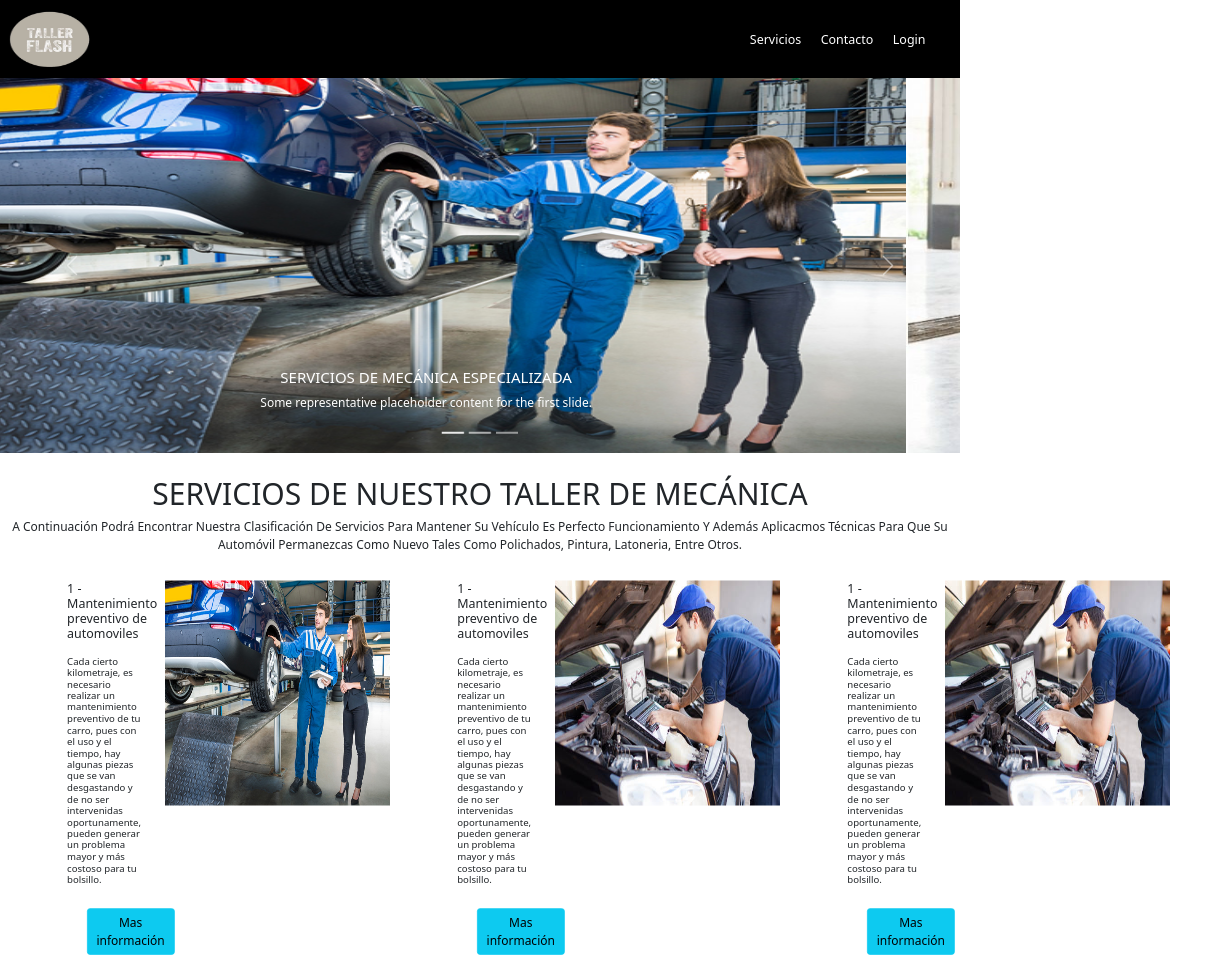
Repository: nder1996/Boostrap.Taller.Arquitectura
Page: Index.html
The author's editor kept a copy of each file at every save. The page is drawn from the files as they stood at one save, then again after a run of saves.
The browser window is 1280 px wide. The page is 1560 px wide, then 1631 px, so the pictures cover 1631 px, including what lies to the right of the window. The pictures show the whole page, at 75% of full size.

Above is the page before, as saved 2021-07-23 06:54:38.

### Index.html
<!DOCTYPE html>
<html lang="en">

<head>
	<meta charset="UTF-8">
	<meta name="viewport" content="width=device-width, initial-scale=1.0">
	<link rel="shortcut icon" href="img/Logo.png">
	<link href="https://cdn.jsdelivr.net/npm/bootstrap@5.0.2/dist/css/bootstrap.min.css" rel="stylesheet"
		integrity="sha384-EVSTQN3/azprG1Anm3QDgpJLIm9Nao0Yz1ztcQTwFspd3yD65VohhpuuCOmLASjC" crossorigin="anonymous">
	<link rel="stylesheet" href="https://cdnjs.cloudflare.com/ajax/libs/font-awesome/5.15.3/css/all.min.css"
		integrity="sha512-iBBXm8fW90+nuLcSKlbmrPcLa0OT92xO1BIsZ+ywDWZCvqsWgccV3gFoRBv0z+8dLJgyAHIhR35VZc2oM/gI1w=="
		crossorigin="anonymous" referrerpolicy="no-referrer" />
	<link rel="stylesheet" href="css/style.css">
	<title>Taller Automotriz</title>
</head>

<body>

	<nav class="navbar navbar-expand-lg navbar-light">
		<div class="container-fluid">
			<a class="navbar-brand" href="#"><img src="img/Logo.png" alt="" style='width: 110px; height: 78px;'></a>
			<button class="navbar-toggler" type="button" data-bs-toggle="collapse" data-bs-target="#navbarNav"
				aria-controls="navbarNav" aria-expanded="false" aria-label="Toggle navigation">
				<span class="navbar-toggler-icon"></span>
			</button>
			<div class="collapse navbar-collapse" id="navbarNav">
				<ul class="navbar-nav ms-auto">
					<li class="nav-item">
						<a class="nav-link active" aria-current="page" href="#">Servicios</a>
					</li>
					<li class="nav-item">
						<a class="nav-link" href="#">Contacto</a>
					</li>
					<li class="nav-item">
						<a class="nav-link" href="#">Login</a>
					</li>
				</ul>
			</div>
		</div>
	</nav>
	<div id="carouselExampleCaptions" class="carousel slide" data-bs-ride="carousel">
		<div class="carousel-indicators">
			<button type="button" data-bs-target="#carouselExampleCaptions" data-bs-slide-to="0" class="active"
				aria-current="true" aria-label="Slide 1"></button>
			<button type="button" data-bs-target="#carouselExampleCaptions" data-bs-slide-to="1"
				aria-label="Slide 2"></button>
			<button type="button" data-bs-target="#carouselExampleCaptions" data-bs-slide-to="2"
				aria-label="Slide 3"></button>
		</div>
		<div class="carousel-inner">
			<div class="carousel-item active">
				<img src="img/Mantenimiento_1.jpg" class="d-block w-100" alt="...">
				<div class="carousel-caption d-none d-md-block">
					<h5>SERVICIOS DE MECÁNICA
						ESPECIALIZADA</h5>
					<p>Some representative placeholder content for the first slide.</p>
				</div>
			</div>
			<div class="carousel-item">
				<img src="img/Mantenimiento_3.png" class="d-block w-100" alt="...">
				<div class="carousel-caption d-none d-md-block">
					<h5>SERVICIOS DE MECÁNICA
						ESPECIALIZADA</h5>
					<p>Some representative placeholder content for the second slide.</p>
				</div>
			</div>
			<div class="carousel-item">
				<img src="img/Mantenimiento_2.png" class="d-block w-100" alt="...">
				<div class="carousel-caption d-none d-md-block">
					<h5>Third slide label</h5>
					<p>Some representative placeholder content for the third slide.</p>
				</div>
			</div>
		</div>
		<button class="carousel-control-prev" type="button" data-bs-target="#carouselExampleCaptions"
			data-bs-slide="prev">
			<span class="carousel-control-prev-icon" aria-hidden="true"></span>
			<span class="visually-hidden">Previous</span>
		</button>
		<button class="carousel-control-next" type="button" data-bs-target="#carouselExampleCaptions"
			data-bs-slide="next">
			<span class="carousel-control-next-icon" aria-hidden="true"></span>
			<span class="visually-hidden">Next</span>
		</button>
	</div>
	<div class="Letra_Servicios container-xxl">
		<h1>SERVICIOS DE NUESTRO TALLER DE MECÁNICA</h1>
		<p>
			A Continuación Podrá Encontrar Nuestra Clasificación De Servicios Para Mantener Su Vehículo Es Perfecto
			Funcionamiento Y Además Aplicacmos Técnicas Para Que Su Automóvil Permanezcas Como Nuevo Tales Como
			Polichados, Pintura, Latoneria, Entre Otros.

		</p>
	</div>

	<div class="Servicios container-fluid">

		<div class="Servicio" id="Servicio_1">
			<br> <br>
			<h1>1 - Mantenimiento preventivo de automoviles <br> <br>
				<p>
					Cada cierto kilometraje, es necesario realizar un mantenimiento preventivo de tu carro, pues con
					el uso
					y el tiempo, hay algunas piezas que se van desgastando y de no ser intervenidas oportunamente,
					pueden
					generar un problema mayor y más costoso para tu bolsillo.
					<br> <br> <br>
					<button type="button" class="btn btn-info">Mas información</button>
				</p>
			</h1>
			<br>
			<img src="img/Mantenimiento_1.jpg" alt="" width="300px" height="300px">
		</div>

		<div class="Servicio" id="Servicio_1">
			<br> <br>
			<h1>1 - Mantenimiento preventivo de automoviles <br> <br>
				<p>
					Cada cierto kilometraje, es necesario realizar un mantenimiento preventivo de tu carro, pues con
					el uso
					y el tiempo, hay algunas piezas que se van desgastando y de no ser intervenidas oportunamente,
					pueden
					generar un problema mayor y más costoso para tu bolsillo.
					<br> <br> <br>
					<button type="button" class="btn btn-info">Mas información</button>
				</p>
			</h1>
			<br>
			<img src="img/Mantenimiento_2.png" alt="" width="300px" height="300px">
		</div>

		<div class="Servicio" id="Servicio_1">
			<br> <br>
			<h1>1 - Mantenimiento preventivo de automoviles <br> <br>
				<p>
					Cada cierto kilometraje, es necesario realizar un mantenimiento preventivo de tu carro, pues con
					el uso
					y el tiempo, hay algunas piezas que se van desgastando y de no ser intervenidas oportunamente,
					pueden
					generar un problema mayor y más costoso para tu bolsillo.
					<br> <br> <br>
					<button type="button" class="btn btn-info">Mas información</button>
				</p>
			</h1>
			<br>
			<img src="img/Mantenimiento_2.png" alt="" width="300px" height="300px">
		</div>


	</div>
	<!--
		<div><img src="img/Mantenimiento_2.png" alt="" width="300px" height="300px"></div>
		<div><img src="img/Mantenimiento_3.png" alt="" width="300px" height="300px"></div>
		<div><img src="img/Mantenimiento_4.png" alt="" width="300px" height="300px"></div>
		-->











	<script src="https://cdn.jsdelivr.net/npm/bootstrap@5.0.2/dist/js/bootstrap.bundle.min.js"
		integrity="sha384-MrcW6ZMFYlzcLA8Nl+NtUVF0sA7MsXsP1UyJoMp4YLEuNSfAP+JcXn/tWtIaxVXM" crossorigin="anonymous">
	</script>
	<script src="https://cdnjs.cloudflare.com/ajax/libs/jquery/3.6.0/jquery.min.js"
		integrity="sha512-894YE6QWD5I59HgZOGReFYm4dnWc1Qt5NtvYSaNcOP+u1T9qYdvdihz0PPSiiqn/+/3e7Jo4EaG7TubfWGUrMQ=="
		crossorigin="anonymous" referrerpolicy="no-referrer"></script>
</body>

</html>

### css/style.css
nav{
    background-color: black !important;
}

nav li{
    position:relative;
    margin-left: 10px;
    left:-10%;
}

nav li a{
    color:white !important;
    font-size: 1.3vw;
}

.carousel-inner{
    position:relative;
    width: 100%;
    height: 500px;
}

.carousel-item img{
    position:relative;
    width: 100%;
    height: 500px;
}

.Letra_Servicios{
    position: relative;
    text-align: center;
    margin-top: 30px;
}

.Servicios{
    position:relative;
    display: flex;

}

.Servicios .Servicio{
    position:relative;
    display: flex;
    width: 100%;
    height: 350px;
    top:20px;
    margin-left: 90px;
    left:-1%;

}

.Servicios .Servicio button{
    position: relative;
    left:25%
}

.Servicios .Servicio img{
    position:relative;
    margin-left:10px;
}

.Servicios div h1{
    position:relative;
    text-align: left;
    font-size: 1.3vw;
    width: 60%;

}

.Servicios div p{
    position:relative;
    text-align: left;
    font-size: 1vw;
    width: 87%;
}

After the next 2 saves:
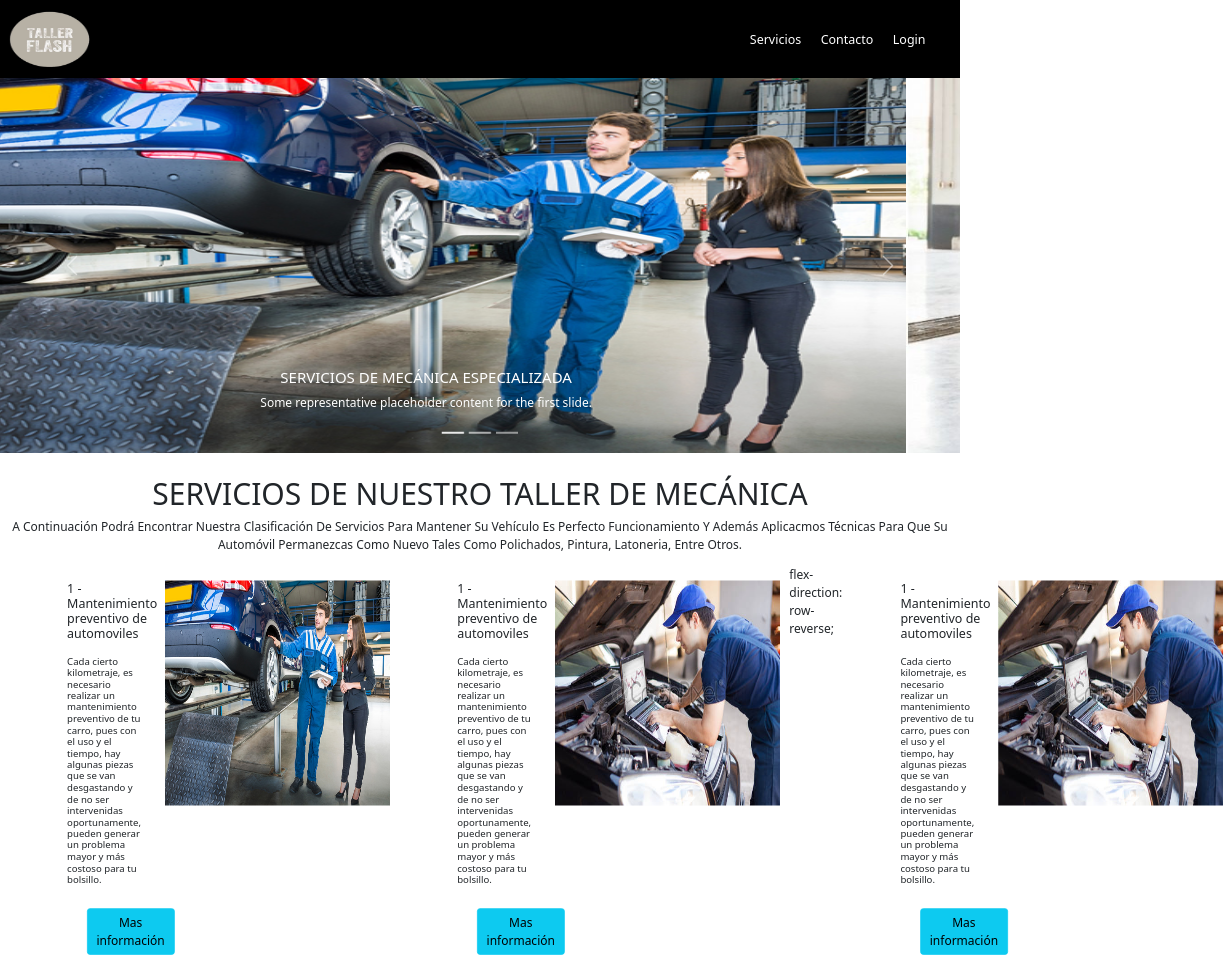
The 2 saves are shown as one change because they came seconds apart.
The last was saved 5 s later.
--- a/Index.html
+++ b/Index.html
@@ -128,7 +128,7 @@
 			<br>
 			<img src="img/Mantenimiento_2.png" alt="" width="300px" height="300px">
 		</div>
-
+flex-direction: row-reverse;
 		<div class="Servicio" id="Servicio_1">
 			<br> <br>
 			<h1>1 - Mantenimiento preventivo de automoviles <br> <br>
